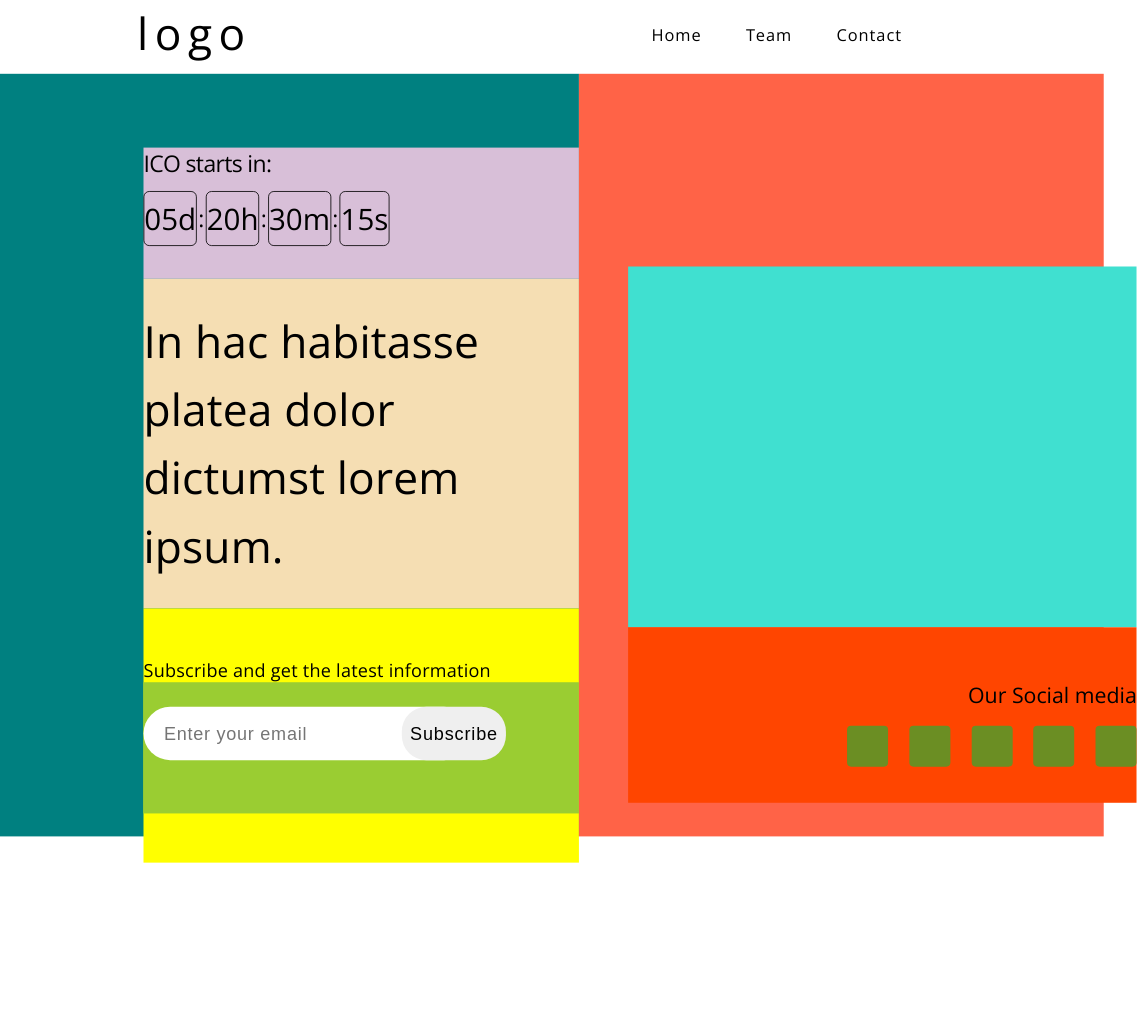
Repository: McGregorSt/newOne
Page: index.html
The author's editor kept a copy of each file at every save. The page is drawn from the files as they stood at one save, then again after the next save.
The browser window is 1280 px wide. The page is 1386 px wide, so the pictures cover 1386 px, including what lies to the right of the window. The pictures show the whole page, at 82% of full size.

Above is the page before, as saved 2019-12-13 19:18:44.

After the next save:
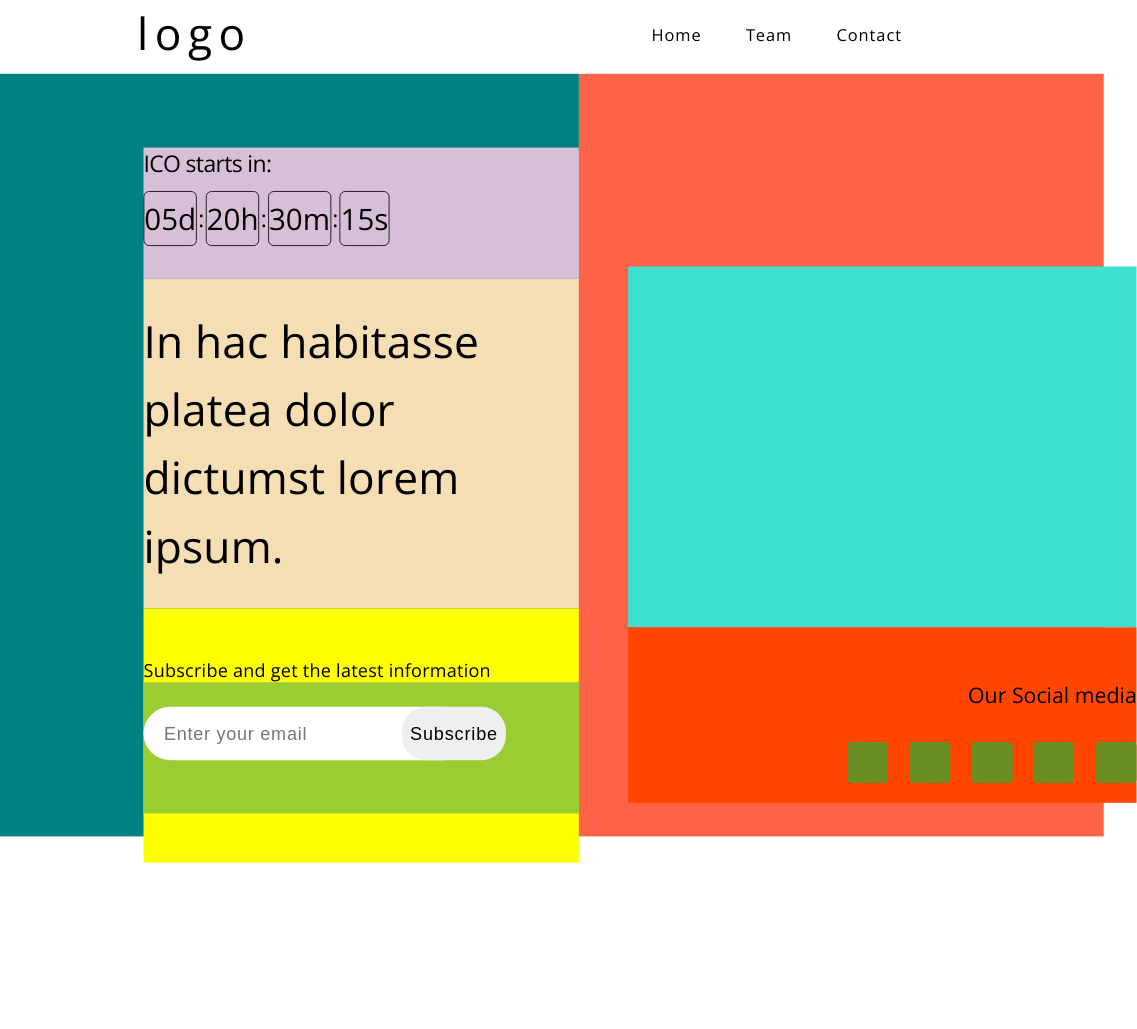
Saved 7 s later.
--- a/css/style.css
+++ b/css/style.css
@@ -147,7 +147,7 @@
 }
 .media__social__header {
   font-size: 26px;
-  padding: 20px 0;
+  padding: 40px 0;
 
 }
 .media__social__items {

After the save that followed:
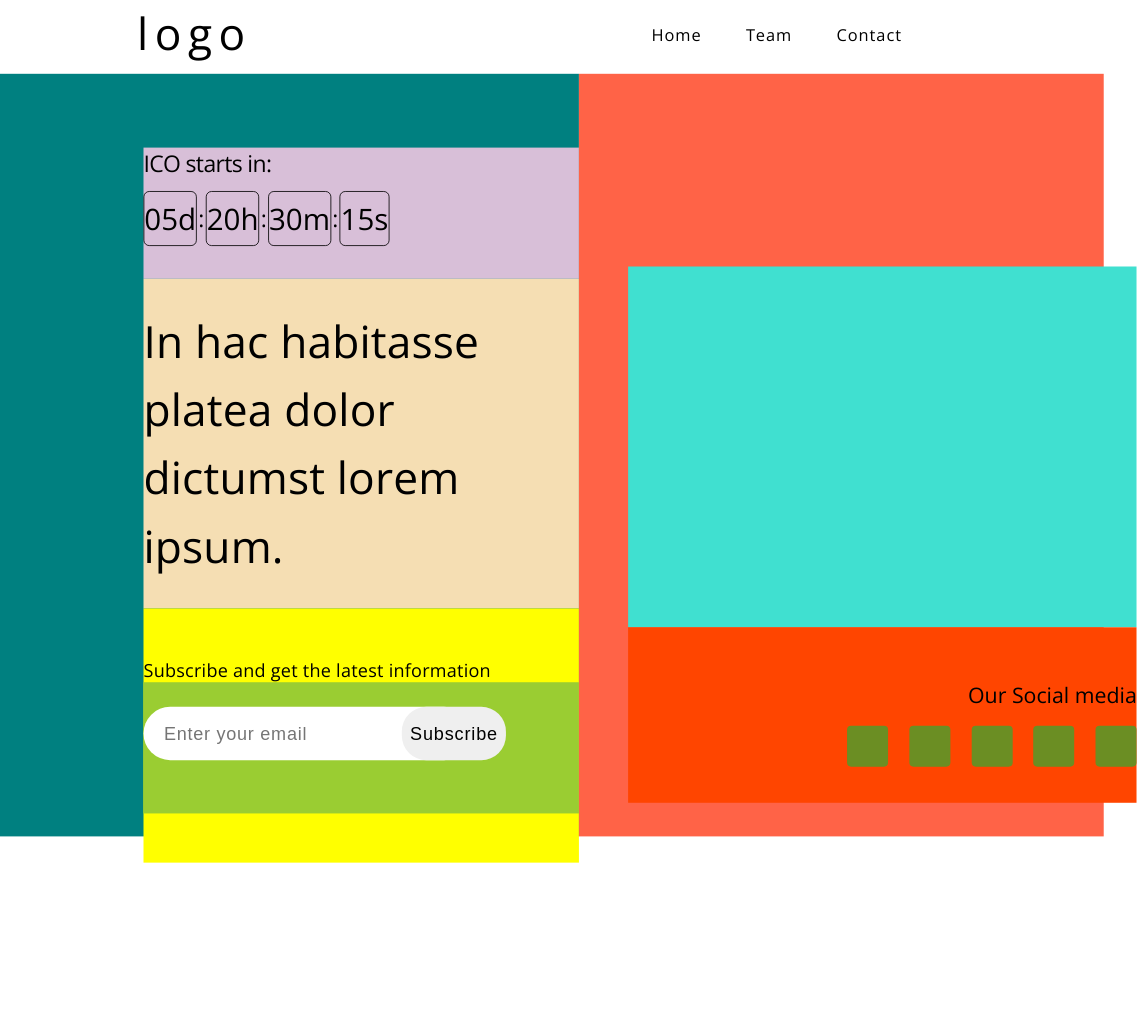
Saved 2 min 3 s later.
--- a/css/style.css
+++ b/css/style.css
@@ -147,7 +147,7 @@
 }
 .media__social__header {
   font-size: 26px;
-  padding: 40px 0;
+  padding: 20px 0;
 
 }
 .media__social__items {
